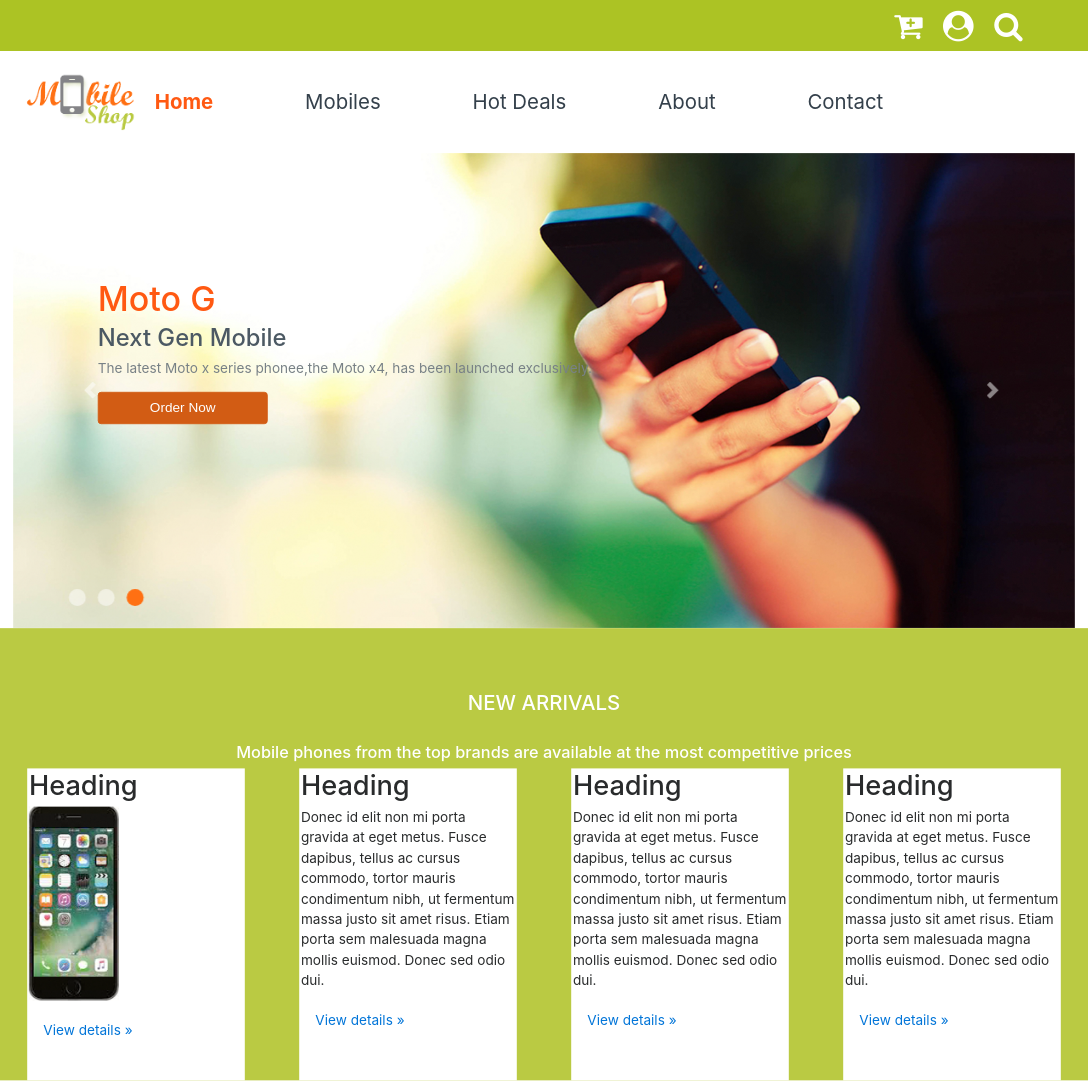
Repository: rajmohanr/mobile
Page: index.html
These files come from the project's save history. The page is drawn as it stood at one moment and after the next save; the edit follows.
The browser window is 1280 px wide. The pictures show the whole page, at 85% of full size.

Above is the page before, as saved 2018-04-01 11:54:24.
Console error (its wording comes from the project's code and is left out).

### index.html
<!DOCTYPE html>
<html lang="en">
  <head>
    <meta charset="utf-8">
    <meta http-equiv="X-UA-Compatible" content="IE=edge">
    <meta name="viewport" content="width=device-width, initial-scale=1">

    <title>Bootstrap 4, from LayoutIt!</title>

    <meta name="description" content="Source code generated using layoutit.com">
    <meta name="author" content="LayoutIt!">

    <link href="css/bootstrap.min.css" rel="stylesheet">
	<link href="css/style.css" rel="stylesheet">
	<link rel="stylesheet" href="https://cdnjs.cloudflare.com/ajax/libs/font-awesome/4.7.0/css/font-awesome.min.css">

  </head>
  <body>

    <div class="container-fluid">
	<div class="row">
		<div class="col-md-12">
			<div class="row">
				<div class="col-md-12 top-bar">
					<a href="#" class="top-bar-icons last-icon"><i class="fa fa-search"  style="font-size:36px;color:white;"></i></a>
					<a href="#" class="top-bar-icons"><i class="fa fa-user-circle"  style="font-size:36px;color:white;"></i></a>
					<a href="#" class="top-bar-icons"><i class="fa fa-cart-plus"  style="font-size:36px;color:white;"></i></a>
				</div>
			</div>
			<nav class="navbar navbar-toggleable-md navbar-light bg-faded">

				<button class="navbar-toggler navbar-toggler-right" type="button" data-toggle="collapse" data-target="#bs-example-navbar-collapse-1">
					<span class="navbar-toggler-icon"></span>
				</button> <a class="navbar-brand" href="#"><img src="images/logo.png" /></a>
				<div class="collapse navbar-collapse" id="bs-example-navbar-collapse-1">
					<ul class="navbar-nav float-md-right">
						<li class="nav-item active">
							 <a class="nav-link" href="#">Home <span class="sr-only">(current)</span></a>
						</li>
						<li class="nav-item">
							 <a class="nav-link" href="#">Mobiles</a>
						</li>
						<li class="nav-item">
								<a class="nav-link" href="#">Hot Deals</a>
						</li>
						<li class="nav-item">
								<a class="nav-link" href="#">About</a>
						</li>
						<li class="nav-item">
								<a class="nav-link" href="#">Contact</a>
						</li>
					</ul>
				</div>
			</nav>

			<div class="row">
				<div class="col-md-12">
					<div class="carousel slide" id="carousel-452932">
						<ol class="carousel-indicators">
							<li data-slide-to="0" data-target="#carousel-452932">
							</li>
							<li data-slide-to="1" data-target="#carousel-452932">
							</li>
							<li data-slide-to="2" data-target="#carousel-452932" class="active">
							</li>
						</ol>
						<div class="carousel-inner">
							<div class="carousel-item">
								<img class="d-block w-100" alt="Carousel Bootstrap First" src="images/carosuel.png" />
								<div class="carousel-caption">
									<h4>
										Moto G
									</h4>
									<h3>
										Next Gen Mobile
									</h3>
									<p>
										The latest Moto x series phonee,the Moto x4, has been launched exclusively.
									</p>
									<button type="button" class="btn btn-primary">Order Now</button>
								</div>
							</div>
							<div class="carousel-item">
								<img class="d-block w-100" alt="Carousel Bootstrap Second" src="images/carosuel.png" />
								<div class="carousel-caption">
									<h4>
										Moto G
									</h4>
									<h3>
										Next Gen Mobile
									</h3>
									<p>
										The latest Moto x series phonee,the Moto x4, has been launched exclusively.
									</p>
									<button type="button" class="btn btn-primary">Order Now</button>
								</div>
							</div>
							<div class="carousel-item active">
								<img class="d-block w-100" alt="Carousel Bootstrap Third" src="images/carosuel.png" />
								<div class="carousel-caption">
									<h4>
										Moto G
									</h4>
									<h3>
										Next Gen Mobile
									</h3>
									<p>
										The latest Moto x series phonee,the Moto x4, has been launched exclusively.
									</p>
									<button type="button" class="btn btn-primary">Order Now</button>
								</div>
							</div>
						</div> <a class="carousel-control-prev" href="#carousel-452932" data-slide="prev"><span class="carousel-control-prev-icon"></span> <span class="sr-only">Previous</span></a> <a class="carousel-control-next" href="#carousel-452932" data-slide="next"><span class="carousel-control-next-icon"></span> <span class="sr-only">Next</span></a>
					</div>
				</div>
			</div>

		</div>
	</div>
	<div id="middle-wrapper" class="row">
		<div class="col-md-12">
			<div id="middle-title" class="row">
				<div class="col-md-12">
					<h1 class="text-center">
							NEW ARRIVALS
					</h1>
					<h2 class="text-center">
						Mobile phones from the top brands are available at the most competitive prices
					</h2>
				</div>
			</div>
			<div id="middle-box" class="row">
				<div class="col-md-3 middle-box-cont">
					<h2>
						Heading
					</h2>
					<p>
						<img src="images/mobile1.png" class="img-fluid" />
					</p>
					<p>
						<a class="btn" href="#">View details »</a>
					</p>
				</div>
				<div class="col-md-3 middle-box-cont">
					<h2>
						Heading
					</h2>
					<p>
						Donec id elit non mi porta gravida at eget metus. Fusce dapibus, tellus ac cursus commodo, tortor mauris condimentum nibh, ut fermentum massa justo sit amet risus. Etiam porta sem malesuada magna mollis euismod. Donec sed odio dui.
					</p>
					<p>
						<a class="btn" href="#">View details »</a>
					</p>
				</div>
				<div class="col-md-3 middle-box-cont">
					<h2>
						Heading
					</h2>
					<p>
						Donec id elit non mi porta gravida at eget metus. Fusce dapibus, tellus ac cursus commodo, tortor mauris condimentum nibh, ut fermentum massa justo sit amet risus. Etiam porta sem malesuada magna mollis euismod. Donec sed odio dui.
					</p>
					<p>
						<a class="btn" href="#">View details »</a>
					</p>
				</div>
				<div class="col-md-3 middle-box-cont">
					<h2>
						Heading
					</h2>
					<p>
						Donec id elit non mi porta gravida at eget metus. Fusce dapibus, tellus ac cursus commodo, tortor mauris condimentum nibh, ut fermentum massa justo sit amet risus. Etiam porta sem malesuada magna mollis euismod. Donec sed odio dui.
					</p>
					<p>
						<a class="btn" href="#">View details »</a>
					</p>
				</div>
			</div>
		</div>
	</div>
	<div class="row">
		<div class="col-md-12">
		</div>
	</div>
</div>

    <script src="js/jquery.min.js"></script>
    <script src="js/bootstrap.min.js"></script>
    <script src="js/scripts.js"></script>
  </body>
</html>

### css/style.css
.top-bar{
    height: 60px;
    background-color: #acc324;
}

.top-bar-icons{
    float: right;
    padding: 12px;
    position: relative;
}

.last-icon{
    margin-right: 50px;
}

.navbar{
    height: 120px;
    background-color: #fff;
}

.navbar-light .navbar-nav .active>.nav-link, .navbar-light .navbar-nav .nav-link.active, .navbar-light .navbar-nav .nav-link.open, .navbar-light .navbar-nav .open>.nav-link{
    color: #ff5912!important;
    font-weight: bold;
    font-size: 24px;
}

.navbar-nav .nav-link{
    padding-right: 100px!important;
}

.navbar-light .navbar-nav .nav-link{
    color: #34404b!important;
    font-size: 24px;
}

.carousel-caption{
    text-align: left!important;
    left: 100px!important;
    bottom: 0px!important;
    top:130px!important;
}

.carousel-caption h4{
    color: #ff5912!important;
    font-size: 2.5rem!important;
}

.carousel-caption h3{
    color: #4C5963!important;
}

.carousel-caption p{
    color: #788186!important;
}
.btn-primary{
    color: #fff;
    background-color: #D25C14!important;
    border-color: #D25C14!important;
    width: 200px;
}

.carousel-indicators li {
    border-radius: 12px;
    width: 20px;
    height: 20px;
    max-width: 20px!important;
    margin-right: 1%;
}
.carousel-indicators {
    margin-right: 5%!important;
    margin-left: 5%!important;
    justify-content: left!important;
}

.carousel-indicators .active {
    background-color: #FF7013!important;
}

#middle-wrapper{
    background-color: #BACA43;
}

#middle-title h1{
    font-size: 1.5rem;
    color: #fff;
    margin-top: 75px;
}

#middle-title h2{
    font-size: 1.2rem;
    color: #fff;
    margin-top: 35px;
}

.middle-box-cont {
    background-color: #fff;
    flex: 0 0 20%;
    max-width: 20%;
    height: 367px!important;
    padding: 2px;
    margin: 0 auto;
    position: relative;
    float: left;

}

Loaded but not shown: css/bootstrap.min.css (library); js/jquery.min.js (library); js/bootstrap.min.js (library); js/scripts.js (common file)

After the next save:
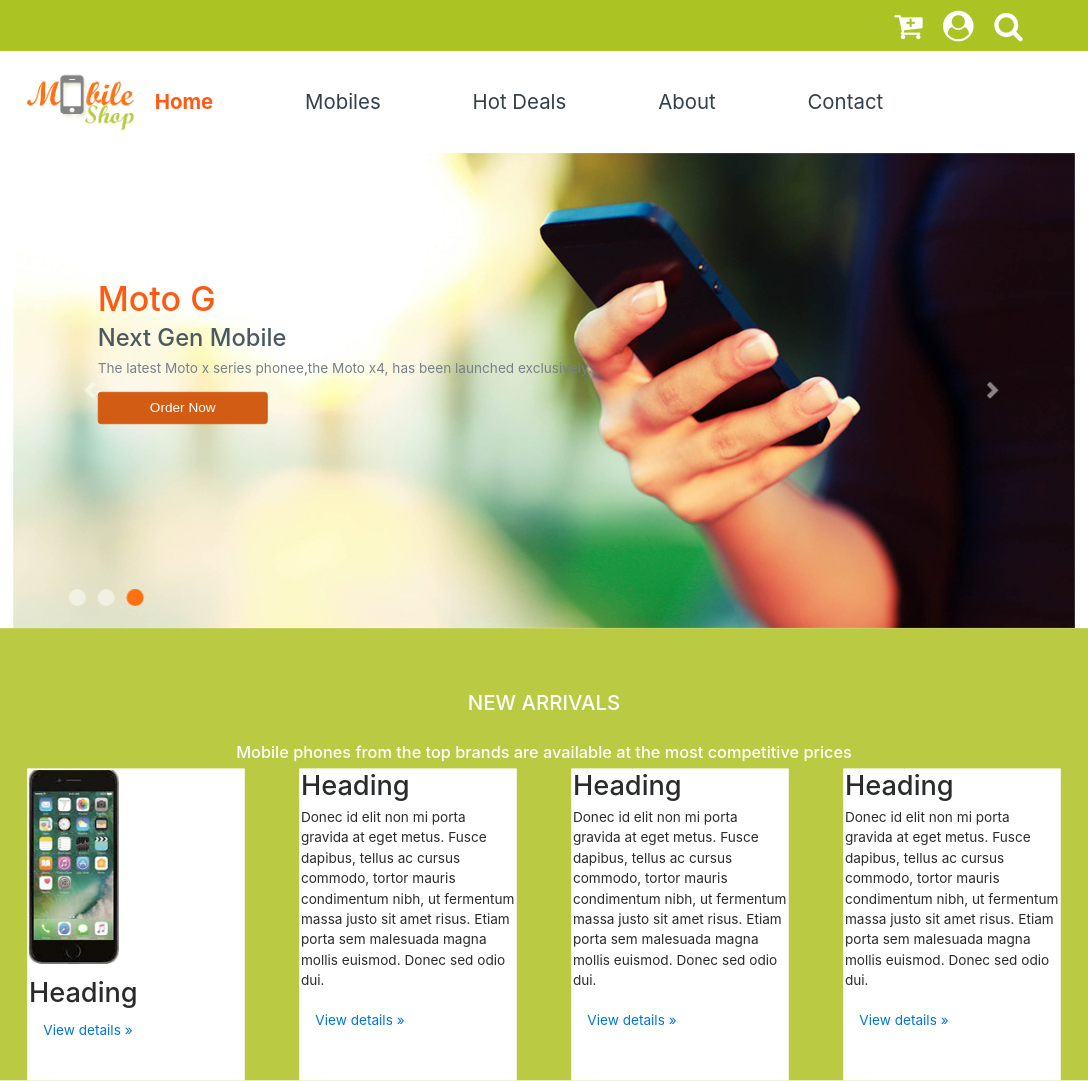
Saved 12 s later.
--- a/index.html
+++ b/index.html
@@ -131,12 +131,13 @@
 			</div>
 			<div id="middle-box" class="row">
 				<div class="col-md-3 middle-box-cont">
+
+					<p>
+						<img src="images/mobile1.png" class="img-fluid" />
+					</p>
 					<h2>
 						Heading
 					</h2>
-					<p>
-						<img src="images/mobile1.png" class="img-fluid" />
-					</p>
 					<p>
 						<a class="btn" href="#">View details »</a>
 					</p>
